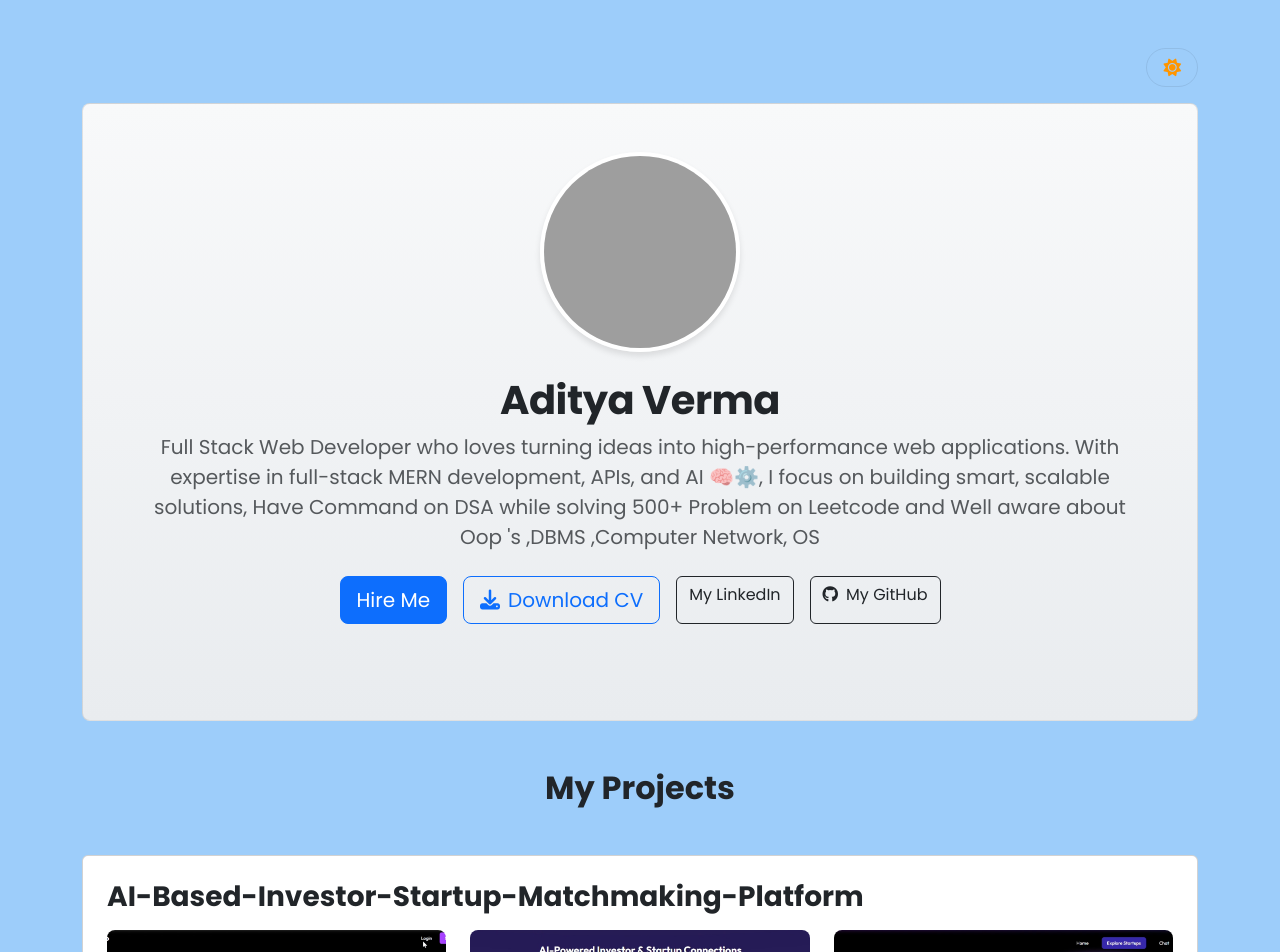
Repository: AdityaTech-Pro/Portfolio-Aditya-Verma
Page: Aditya Portfolio/index.html
An editor plug-in stored every save of this project. The page is shown before and after the next save, followed by the edit.
The browser window is 1280 px wide. The pictures show the part of the page from y = 0 to 952 px (the page is 4999 px tall).
Pictures or frames that could not be fetched are drawn as grey boxes.

Above is the page before, as saved 2026-01-07 23:40:34.

### Aditya Portfolio/index.html
<!DOCTYPE html>
<html lang="en">

<head>
    <meta charset="UTF-8">
    <meta name="viewport" content="width=device-width, initial-scale=1.0">
    <title>My Portfolio - Bootstrap Utilities</title>
    <!-- Bootstrap CSS -->
    <link href="https://cdn.jsdelivr.net/npm/bootstrap@5.3.2/dist/css/bootstrap.min.css" rel="stylesheet">
    <!-- Font Awesome for icons -->
    <link rel="stylesheet" href="https://cdnjs.cloudflare.com/ajax/libs/font-awesome/6.4.2/css/all.min.css">
    <!-- Google Font: Poppins -->
    <link href="https://fonts.googleapis.com/css2?family=Poppins:wght@300;400;600;700&display=swap" rel="stylesheet">
    <!-- Local custom styles -->
    <link rel="stylesheet" href="styles.css">
    <style>
        /* Custom styles to complement Bootstrap */

         :root {
            --bg: #9dcdfa;
            --card-bg: #ffffff;
            --accent: #0d6efd;
            --text: #212529;
        }

        body {
            background-color: var(--bg);
            color: var(--text);
            transition: background-color 0.3s ease, color 0.3s ease;
        }

        .profile-section {
            background: linear-gradient(to bottom, #f8f9fa, #e9ecef);
            transition: transform 0.3s ease, background 0.3s ease;
        }
        /* Top bar with theme toggle */

        .topbar {
            display: flex;
            justify-content: flex-end;
            align-items: center;
            gap: 1rem;
            margin-bottom: 1rem;
        }

        .theme-toggle {
            display: inline-flex;
            align-items: center;
            gap: 0.5rem;
            background: transparent;
            border: 1px solid rgba(0, 0, 0, 0.08);
            padding: 0.6rem 1rem;
            border-radius: 999px;
            cursor: pointer;
            color: var(--text);
            transition: all 0.3s ease;
        }

        .theme-toggle:hover {
            background: rgba(0, 0, 0, 0.05);
            transform: translateY(-1px);
        }

        .theme-toggle:active {
            transform: translateY(1px);
        }

        .theme-toggle i {
            font-size: 1.1rem;
        }

        .theme-toggle .fa-sun {
            color: #ff9500;
        }

        .theme-toggle .fa-moon {
            display: none;
            color: #6366f1;
        }

        .dark-theme .theme-toggle .fa-sun {
            display: none;
        }

        .dark-theme .theme-toggle .fa-moon {
            display: inline-block;
        }

        .btn-custom {
            transition: transform 0.3s ease;
        }

        .btn-custom:hover {
            transform: translateY(-2px);
        }

        .form-control:focus {
            box-shadow: 0 0 0 0.25rem rgba(13, 110, 253, 0.2);
        }

        .profile-img {
            width: 200px;
            height: 200px;
            object-fit: cover;
            border: 4px solid white;
            box-shadow: 0 4px 6px rgba(0, 0, 0, 0.1);
            transition: transform 0.25s ease;
        }

        .profile-img:hover {
            transform: scale(1.03);
        }
        /* Dark theme overrides */

        body.dark-theme {
            --bg: #0f1724;
            --card-bg: #111827;
            --muted: #9ca3af;
            --accent: #60a5fa;
            --text: #e6eef8;
        }

        .dark-theme .profile-section {
            background: linear-gradient(180deg, rgba(255, 255, 255, 0.02), rgba(255, 255, 255, 0.01));
        }

        .dark-theme .bg-light {
            background-color: #0b1220 !important;
            color: var(--text) !important;
            border: 1px solid rgba(255, 255, 255, 0.04);
        }

        .dark-theme .text-muted {
            color: var(--muted) !important;
        }

        .dark-theme .theme-toggle {
            border-color: rgba(255, 255, 255, 0.1);
        }

        .dark-theme .theme-toggle:hover {
            background: rgba(255, 255, 255, 0.05);
        }
        /* Small polish */

        .max-width-500 {
            max-width: 500px;
        }

        footer a {
            color: inherit;
        }

        @media (max-width: 768px) {
            .profile-img {
                width: 150px;
                height: 150px;
            }
            .topbar {
                justify-content: center;
            }
        }
        /* Project section styles */

        .project-img {
            height: 250px;
            object-fit: cover;
            border-radius: 8px;
        }

        .project-card {
            transition: transform 0.3s ease;
            background: var(--card-bg);
        }

        .project-card:hover {
            transform: translateY(-5px);
        }

        .project-links a {
            transition: opacity 0.3s ease;
        }

        .project-links a:hover {
            opacity: 0.8;
        }

        .video-container {
            position: relative;
            padding-bottom: 56.25%;
            /* 16:9 aspect ratio */
            height: 0;
            overflow: hidden;
            border-radius: 8px;
        }

        .video-container iframe {
            position: absolute;
            top: 0;
            left: 0;
            width: 100%;
            height: 100%;
            border: 0;
        }
    </style>
</head>

<body>
    <!-- Main Container -->
    <div class="container py-5">
        <!-- Top bar: theme toggle and quick actions -->
        <div class="topbar">
            <button id="themeToggle" class="theme-toggle" aria-pressed="false" aria-label="Toggle dark mode">
                <i class="fas fa-sun" aria-hidden="true"></i>
                <i class="fas fa-moon" aria-hidden="true"></i>
                <span class="visually-hidden">Toggle theme</span>
            </button>
        </div>
        <!-- Profile Section -->
        <section class="profile-section p-5 rounded-3 text-center mb-5">
            <img src="https://avatars.githubusercontent.com/u/219658559?s=400&u=7e5a78b2bf82817b3f897e4e53b1019b24af58ee&v=4" alt="Profile Picture" class="profile-img img-fluid rounded-circle mb-4">

            <h1 class="fw-bold mb-2">Aditya Verma</h1>
            <p class="text-muted fs-5 mb-4">Full Stack Web Developer who loves turning ideas into high-performance web applications. With expertise in full-stack MERN development, APIs, and AI 🧠⚙️, I focus on building smart, scalable solutions, Have Command on DSA while solving 500+
                Problem on Leetcode and Well aware about Oop 's ,DBMS ,Computer Network, OS</p>

            <!-- Action Buttons -->
            <div class="d-flex justify-content-center gap-3 mb-5">
                <button class="btn btn-primary btn-lg btn-custom">
                    Hire Me
                </button>
                <a href="./assets/Updated_Aditya_2Resume_by GLAFormat.pdf" class="btn btn-outline-primary btn-lg btn-custom" download>
                    <i class="fas fa-download me-2"></i>Download CV
                </a>
                <a href="www.linkedin.com/in/9905adityaverma" class="btn btn-outline-dark " target="_blank ">
                    <i class=""></i>My LinkedIn
                </a>
                <a href="https://github.com/AdityaTech-Pro" class="btn btn-outline-dark " target="_blank ">
                    <i class="fab fa-github me-2 "></i>My GitHub
                </a>

            </div>
        </section>

        <!-- Projects Section -->
        <section class="mb-5">
            <h2 class="text-center fw-bold mb-5"> My Projects</h2>

            <!--Project1-->
            <div class="card project-card mb-5">
                <div class="card-body p-4">
                    <h3 class="card-title fw-bold mb-3">AI-Based-Investor-Startup-Matchmaking-Platform</h3>

                    <!-- Project Images -->
                    <div class="row g-4 mb-4">
                        <div class="col-md-4">
                            <img src="./assets/P1a.png" alt="Project Screenshot 1" class="project-img img-fluid w-100">
                        </div>
                        <div class="col-md-4">
                            <img src="./assets/P1b.png" alt="Project Screenshot 2" class="project-img img-fluid w-100">
                        </div>
                        <div class="col-md-4">
                            <img src="./assets/P1c.png" alt="Project Screenshot 3" class="project-img img-fluid w-100">
                        </div>
                    </div>

                    <!-- Project Video -->
                    <div class="video-container mb-4">
                        <iframe src="./assets/Project (AI based S&IP).mp4" title="Project Demo " allow="accelerometer; autoplay; clipboard-write; encrypted-media; gyroscope; picture-in-picture " allowfullscreen></iframe>
                    </div>

                    <!-- Project Description -->
                    <p class="card-text mb-4 ">
                        An innovative platform that uses artificial intelligence to match investors with promising startups based on various parameters including industry focus, investment stage, funding requirements, and growth metrics.
                    </p>

                    <!-- Project Links -->
                    <div class="project-links d-flex gap-3 ">
                        <a href="http://localhost:3000 " class="btn btn-outline-primary " target="_blank ">
                            <i class="fas fa-laptop-code me-2 "></i>Live Demo
                        </a>
                        <a href="https://github.com/KS-Vijay/AI-Based-Investor-Startup-Matchmaking-Platform " class="btn btn-outline-dark " target="_blank ">
                            <i class="fab fa-github me-2 "></i>GitHub Repository
                        </a>
                    </div>
                </div>
            </div>

            <!--Project2-->
            <div class="card project-card mb-5 ">
                <div class="card-body p-4 ">
                    <h3 class="card-title fw-bold mb-3 ">Lung Cancer Detection using Convolutional Neural Network (CNN)</h3>

                    <!-- Project Images -->
                    <div class="row g-4 mb-4 ">
                        <div class="col-md-4 ">
                            <img src="./assets/P2a.png " alt="Project Screenshot 1 " class="project-img img-fluid w-100 ">
                        </div>
                        <div class="col-md-4 ">
                            <img src="./assets/P2b.png " alt="Project Screenshot 2 " class="project-img img-fluid w-100 ">
                        </div>
                        <div class="col-md-4 ">
                            <img src="./assets/P2c.png " alt="Project Screenshot 3 " class="project-img img-fluid w-100 ">
                        </div>
                    </div>

                    <!-- Project Video -->
                    <div class="video-container mb-4 ">
                        <iframe src="./assets/Project Lung Cancer Detection using Full Stack MERN and AIML CNN Model.mp4 " title="Project Demo " allow="accelerometer; autoplay; clipboard-write; encrypted-media; gyroscope; picture-in-picture " allowfullscreen></iframe>
                    </div>

                    <!-- Project Description -->
                    <p class="card-text mb-4 ">
                        An innovative platform that uses artificial intelligence to match investors with promising startups based on various parameters including industry focus, investment stage, funding requirements, and growth metrics.
                    </p>

                    <!-- Project Links -->
                    <div class="project-links d-flex gap-3 ">
                        <a href="http://localhost:3000 " class="btn btn-outline-primary " target="_blank ">
                            <i class="fas fa-laptop-code me-2 "></i>Live Demo
                        </a>
                        <a href="https://github.com/AdityaTech-Pro/Lung-Cancer-Detection-using-Convolutional-Neural-Network" class="btn btn-outline-dark " target="_blank ">
                            <i class="fab fa-github me-2 "></i>GitHub Repository
                        </a>
                    </div>
                </div>
            </div>

            <!--Project3-->
            <div class="card project-card mb-5 ">
                <div class="card-body p-4 ">
                    <h3 class="card-title fw-bold mb-3 ">Braj Museum</h3>

                    <!-- Project Images -->
                    <div class="row g-4 mb-4 ">
                        <div class="col-md-4 ">
                            <img src="./assets/P3a.png " alt="Project Screenshot 1 " class="project-img img-fluid w-100 ">
                        </div>
                        <div class="col-md-4 ">
                            <img src="./assets/P3b.png " alt="Project Screenshot 2 " class="project-img img-fluid w-100 ">
                        </div>
                        <div class="col-md-4 ">
                            <img src="./assets/P3c.png " alt="Project Screenshot 3 " class="project-img img-fluid w-100 ">
                        </div>
                    </div>

                    <!-- Project Video -->
                    <div class="video-container mb-4 ">
                        <iframe src="./assets/Braj-Museum.mp4 " title="Project Demo " allow="accelerometer; autoplay; clipboard-write; encrypted-media; gyroscope; picture-in-picture " allowfullscreen></iframe>
                    </div>

                    <!-- Project Description -->
                    <p class="card-text mb-4 ">
                        An innovative platform that uses artificial intelligence to match investors with promising startups based on various parameters including industry focus, investment stage, funding requirements, and growth metrics.
                    </p>

                    <!-- Project Links -->
                    <div class="project-links d-flex gap-3 ">
                        <a href="http://localhost:3000 " class="btn btn-outline-primary " target="_blank ">
                            <i class="fas fa-laptop-code me-2 "></i>Live Demo
                        </a>
                        <a href="https://github.com/AdityaTech-Pro/Braj-Museum " class="btn btn-outline-dark " target="_blank ">
                            <i class="fab fa-github me-2 "></i>GitHub Repository
                        </a>
                    </div>
                </div>
            </div>
        </section>

        <!-- Contact Form Section -->
        <section class="bg-light p-5 rounded-3 ">
            <h2 class="text-center fw-bold mb-4 ">Get in Touch</h2>

            <form class="max-width-500 mx-auto ">
                <div class="mb-3 ">
                    <input type="text " class="form-control form-control-lg " placeholder="Your Name " required>
                </div>

                <div class="mb-3 ">
                    <input type="email " class="form-control form-control-lg " placeholder="Your Email " required>
                </div>

                <div class="mb-4 ">
                    <textarea class="form-control form-control-lg " rows="4 " placeholder="Your Message " required></textarea>
                </div>

                <div class="text-center ">
                    <button type="submit " class="btn btn-primary btn-lg px-5 btn-custom ">
                        Send Message
                    </button>
                </div>
            </form>
        </section>

        <!-- Footer -->
        <footer class="text-center mt-5 ">
            <div class="d-flex justify-content-center gap-3 ">
                <a href="https://www.linkedin.com/in/aditya-verma-2a3915289/ " class="text-decoration-none text-dark ">LinkedIn</a>
                <a href="https://github.com/AdityaTech-Pro " class="text-decoration-none text-dark ">GitHub</a>
                <a href="# " class="text-decoration-none text-dark "></a>
            </div>
            <p class="text-muted mt-3 ">&copy; 2025 My Portfolio. All rights reserved.</p>
        </footer>
    </div>

    <!-- Theme toggle script -->
    <script>
        (function() {
            const toggle = document.getElementById('themeToggle');
            const body = document.body;
            const saved = localStorage.getItem('theme');

            if (!toggle) return;

            function applyTheme(theme) {
                if (theme === 'dark') {
                    body.classList.add('dark-theme');
                    toggle.setAttribute('aria-pressed', 'true');
                } else {
                    body.classList.remove('dark-theme');
                    toggle.setAttribute('aria-pressed', 'false');
                }
            }

            // initial theme: saved -> user preference -> light
            if (saved) {
                applyTheme(saved);
            } else if (window.matchMedia && window.matchMedia('(prefers-color-scheme: dark)').matches) {
                applyTheme('dark');
            }

            toggle.addEventListener('click', function() {
                const isDark = body.classList.toggle('dark-theme');
                localStorage.setItem('theme', isDark ? 'dark' : 'light');
                toggle.setAttribute('aria-pressed', String(isDark));
            });
        })();
    </script>

    <!-- Bootstrap JS -->
    <script src="https://cdn.jsdelivr.net/npm/bootstrap@5.3.2/dist/js/bootstrap.bundle.min.js "></script>
</body>

</html>

Loaded but not shown: Aditya Portfolio/styles.css (213 lines, source omitted)

After the next save:
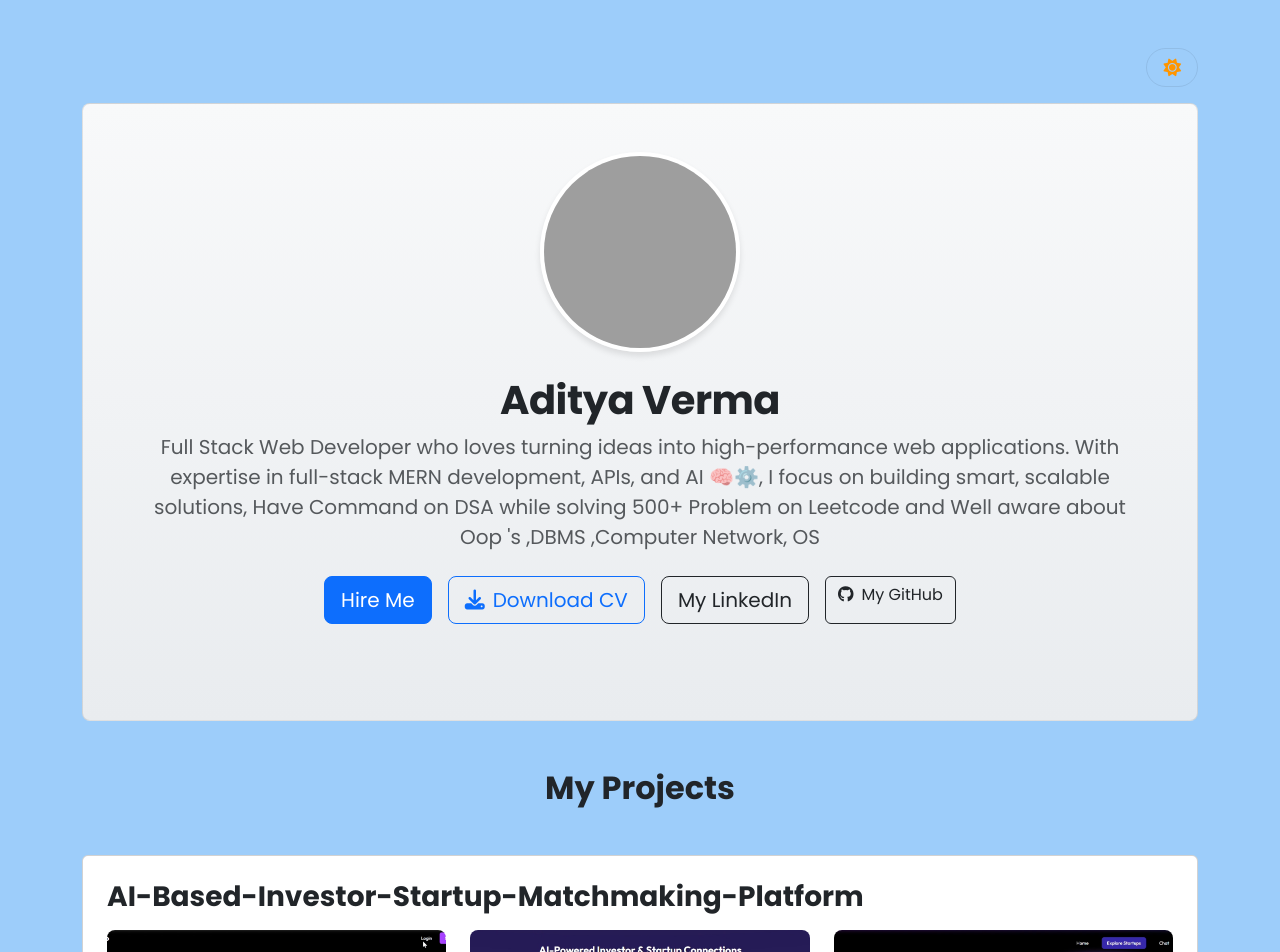
Saved 70 s later.
--- a/Aditya Portfolio/index.html
+++ b/Aditya Portfolio/index.html
@@ -232,7 +232,7 @@
                 <a href="./assets/Updated_Aditya_2Resume_by GLAFormat.pdf" class="btn btn-outline-primary btn-lg btn-custom" download>
                     <i class="fas fa-download me-2"></i>Download CV
                 </a>
-                <a href="www.linkedin.com/in/9905adityaverma" class="btn btn-outline-dark " target="_blank ">
+                <a href="www.linkedin.com/in/9905adityaverma" class="btn btn-outline-dark btn-lg btn-custom" target="_blank ">
                     <i class=""></i>My LinkedIn
                 </a>
                 <a href="https://github.com/AdityaTech-Pro" class="btn btn-outline-dark " target="_blank ">

After the save that followed:
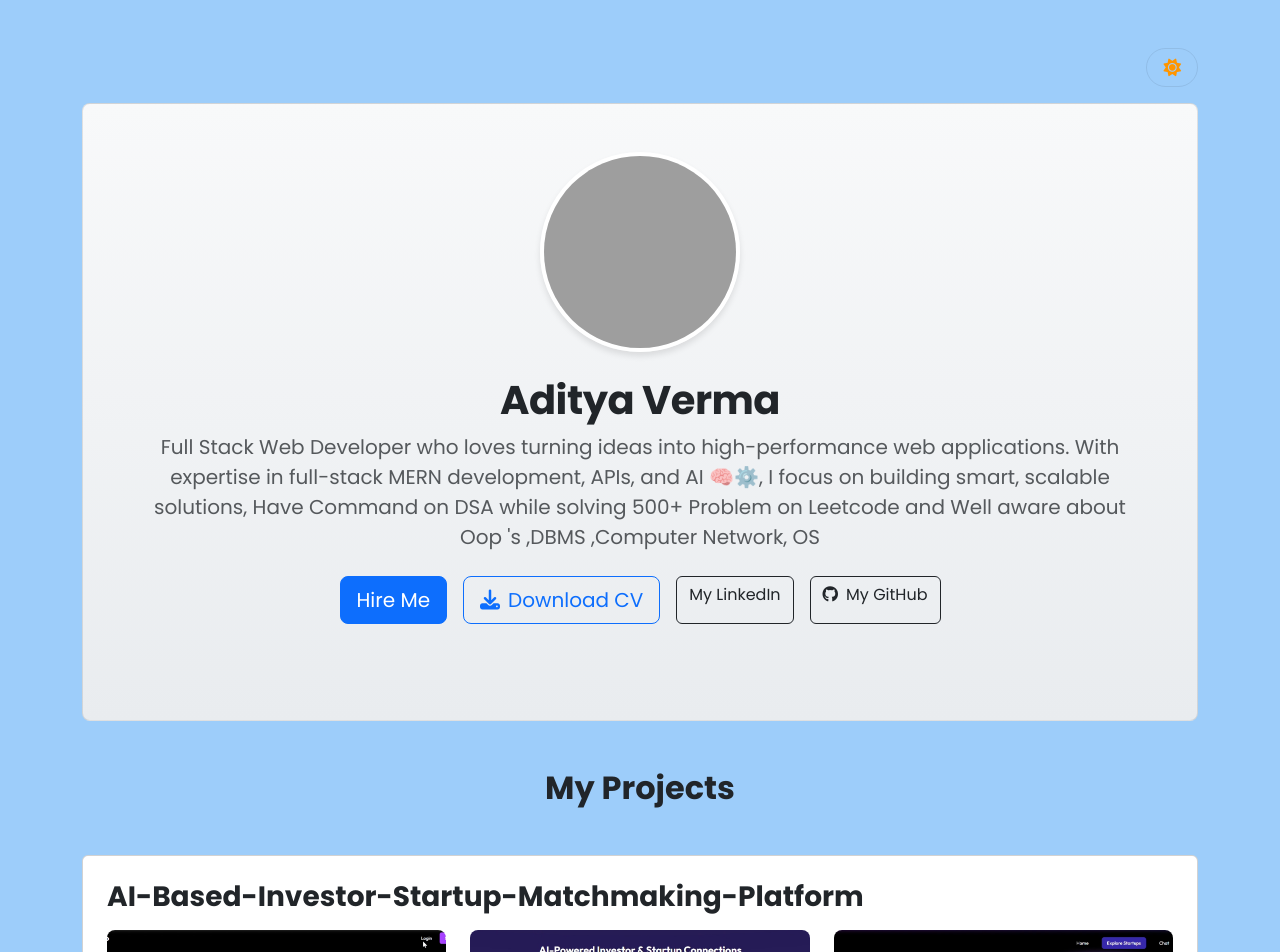
Saved 41 s later.
--- a/Aditya Portfolio/index.html
+++ b/Aditya Portfolio/index.html
@@ -232,7 +232,7 @@
                 <a href="./assets/Updated_Aditya_2Resume_by GLAFormat.pdf" class="btn btn-outline-primary btn-lg btn-custom" download>
                     <i class="fas fa-download me-2"></i>Download CV
                 </a>
-                <a href="www.linkedin.com/in/9905adityaverma" class="btn btn-outline-dark btn-lg btn-custom" target="_blank ">
+                <a href="www.linkedin.com/in/9905adityaverma" class="btn btn-outline-dark " target="_blank ">
                     <i class=""></i>My LinkedIn
                 </a>
                 <a href="https://github.com/AdityaTech-Pro" class="btn btn-outline-dark " target="_blank ">
